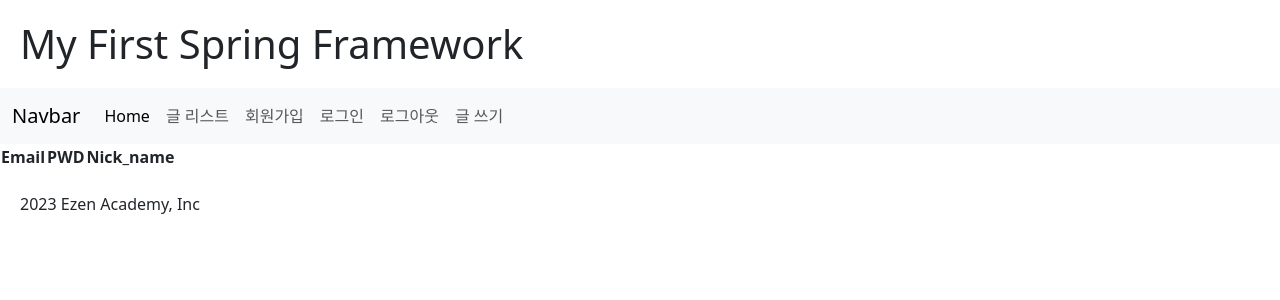
Repository: jinho0717/spring
Page: http://localhost/springProject/WEB-INF/views/member/list.jsp
The author's editor kept a copy of each file at every save. The page is drawn from the files as they stood at one save, then again after the next save.
The browser window is 1280 px wide. The pictures show the whole page.
The page is served by Tomcat 9. Nobody is signed in. Other server files are loaded and not shown. The template is opened directly, without the code that normally fills it, so the values that code supplies are empty.

Above is the page before, as saved 2023-10-31 06:36:16.

### springProject/src/main/webapp/WEB-INF/views/member/list.jsp
<%@ page language="java" contentType="text/html; charset=UTF-8"
    pageEncoding="UTF-8"%>
    <%@ taglib uri="http://java.sun.com/jsp/jstl/core" prefix="c" %>
<!DOCTYPE html>
<html>
<head>
<meta charset="UTF-8">
<title>Insert title here</title>
</head>
<body>
<jsp:include page="../common/header.jsp"></jsp:include>
<jsp:include page="../common/nav.jsp"></jsp:include>
<table>
	<tr>
		<th>Email</th>
		<th>PWD</th>
		<th>Nick_name</th>
		<th></th>
	</tr>

	<c:set value="${memList }" var="mvo"></c:set>
	<tr>
		<th></th>
		<th></th>
		<th></th>
		<th></th>
	</tr>
</table>
<jsp:include page="../common/footer.jsp"></jsp:include>
</body>
</html>

### springProject/src/main/webapp/WEB-INF/views/common/header.jsp
<%@ page language="java" contentType="text/html; charset=UTF-8"
    pageEncoding="UTF-8"%>
     <%@ taglib uri="http://java.sun.com/jsp/jstl/core" prefix="c" %>
<!DOCTYPE html>
<html>
<head>
<meta charset="UTF-8">
<title>Insert title here</title>
<link href="https://cdn.jsdelivr.net/npm/bootstrap@5.3.1/dist/css/bootstrap.min.css" rel="stylesheet" integrity="sha384-4bw+/aepP/YC94hEpVNVgiZdgIC5+VKNBQNGCHeKRQN+PtmoHDEXuppvnDJzQIu9" crossorigin="anonymous">
<script src="https://cdn.jsdelivr.net/npm/bootstrap@5.3.1/dist/js/bootstrap.bundle.min.js" integrity="sha384-HwwvtgBNo3bZJJLYd8oVXjrBZt8cqVSpeBNS5n7C8IVInixGAoxmnlMuBnhbgrkm" crossorigin="anonymous"></script>
<style type="text/css">
h1 , p , h3, form{
margin: 20px
}
</style>
</head>
<body>
<h1>My First Spring Framework</h1>

</body>
</html>

### springProject/src/main/webapp/WEB-INF/views/common/nav.jsp
<%@ page language="java" contentType="text/html; charset=UTF-8"
    pageEncoding="UTF-8"%>
     <%@ taglib uri="http://java.sun.com/jsp/jstl/core" prefix="c" %>
<!DOCTYPE html>
<html>
<head>
<meta charset="UTF-8">
<title>Insert title here</title>

</head>
<body>
<header>
	<nav class="navbar navbar-expand-lg bg-body-tertiary">
  <div class="container-fluid">
    <a class="navbar-brand" href="#">Navbar</a>
    <button class="navbar-toggler" type="button" data-bs-toggle="collapse" data-bs-target="#navbarSupportedContent" aria-controls="navbarSupportedContent" aria-expanded="false" aria-label="Toggle navigation">
      <span class="navbar-toggler-icon"></span>
    </button>
    <div class="collapse navbar-collapse" id="navbarSupportedContent">
      <ul class="navbar-nav me-auto mb-2 mb-lg-0">
        <li class="nav-item">
          <a class="nav-link active" aria-current="page" href="/">Home</a>
        </li>
        <li class="nav-item">
          <a class="nav-link" href="/board/list">글 리스트</a>
        </li>
        <li class="nav-item">
          <a class="nav-link" href="/member/register">회원가입</a>
        </li>
        <li class="nav-item">
          <a class="nav-link" href="/member/login">로그인</a>
        </li>
        <li class="nav-item">
          <a class="nav-link" href="/member/logout">로그아웃</a>
        </li>
        <li class="nav-item">
          <a class="nav-link" href="/board/register">글 쓰기</a>
        </li>
      </ul>
    </div>
  </div>
</nav>
</header>
</body>
</html>

### springProject/src/main/webapp/WEB-INF/views/common/footer.jsp
<%@ page language="java" contentType="text/html; charset=UTF-8"
    pageEncoding="UTF-8"%>
    <%@ taglib uri="http://java.sun.com/jsp/jstl/core" prefix="c" %>
<!DOCTYPE html>
<html>
<head>
<meta charset="UTF-8">
<title>Insert title here</title>

</head>
<body>
<div>
	<p>2023 Ezen Academy, Inc</p>
</div>
</body>
</html>

After the next save:
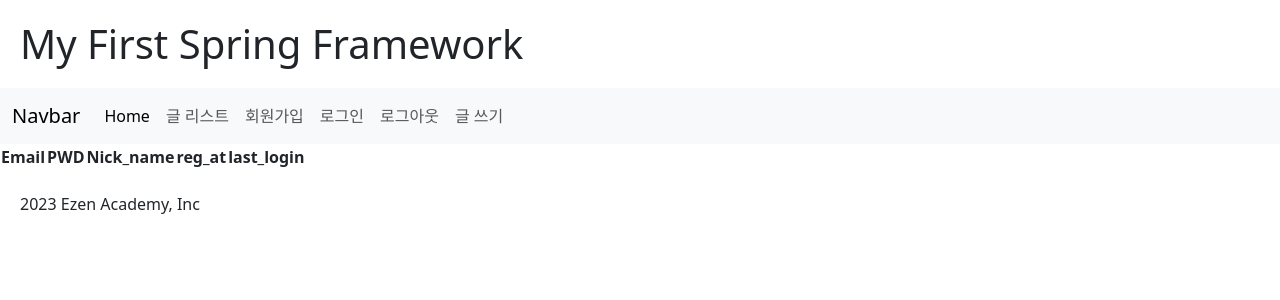
Saved 25 s later.
--- a/springProject/src/main/webapp/WEB-INF/views/member/list.jsp
+++ b/springProject/src/main/webapp/WEB-INF/views/member/list.jsp
@@ -15,7 +15,8 @@
 		<th>Email</th>
 		<th>PWD</th>
 		<th>Nick_name</th>
-		<th></th>
+		<th>reg_at</th>
+		<th>last_login</th>
 	</tr>
 
 	<c:set value="${memList }" var="mvo"></c:set>
